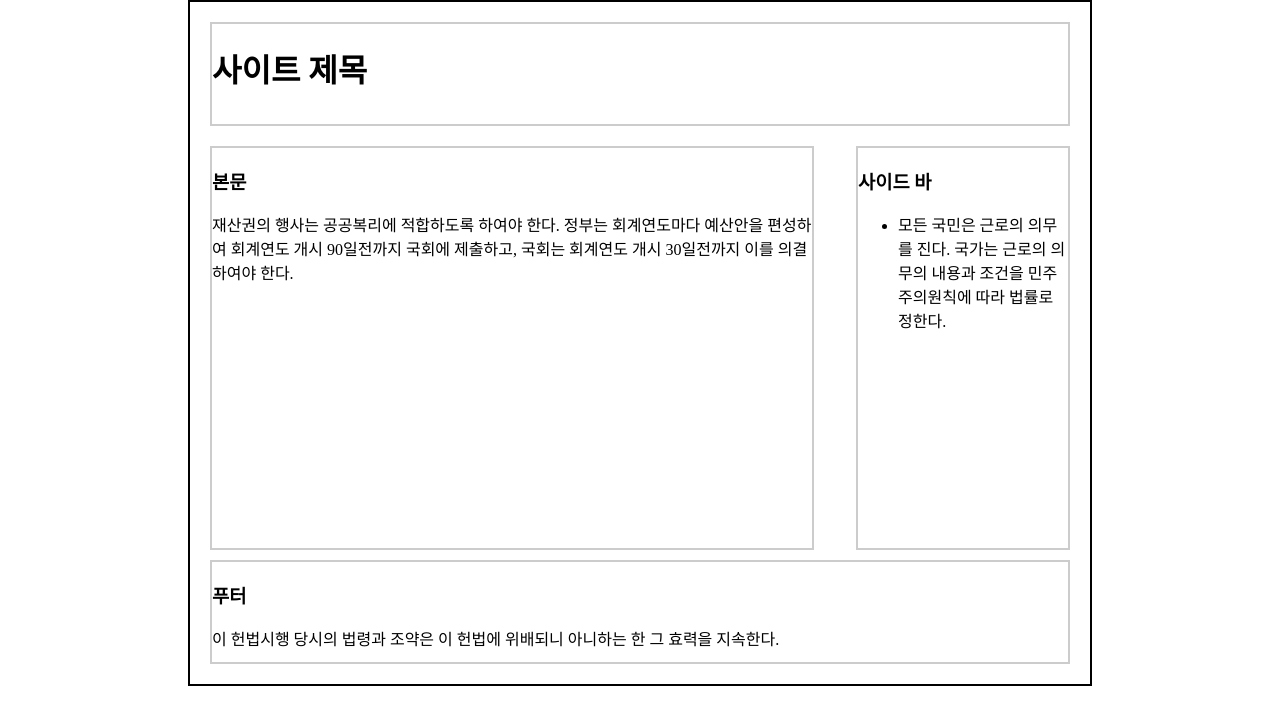
Repository: b1996om/HTML-CSS_study
Page: Practice/public/prac_07.html
An editor plug-in stored every save of this project. The page is shown before and after the next save, followed by the edit.
The browser window is 1280 px wide. The pictures show the whole page.

Above is the page before, as saved 2022-12-13 05:14:19.

After the next save:
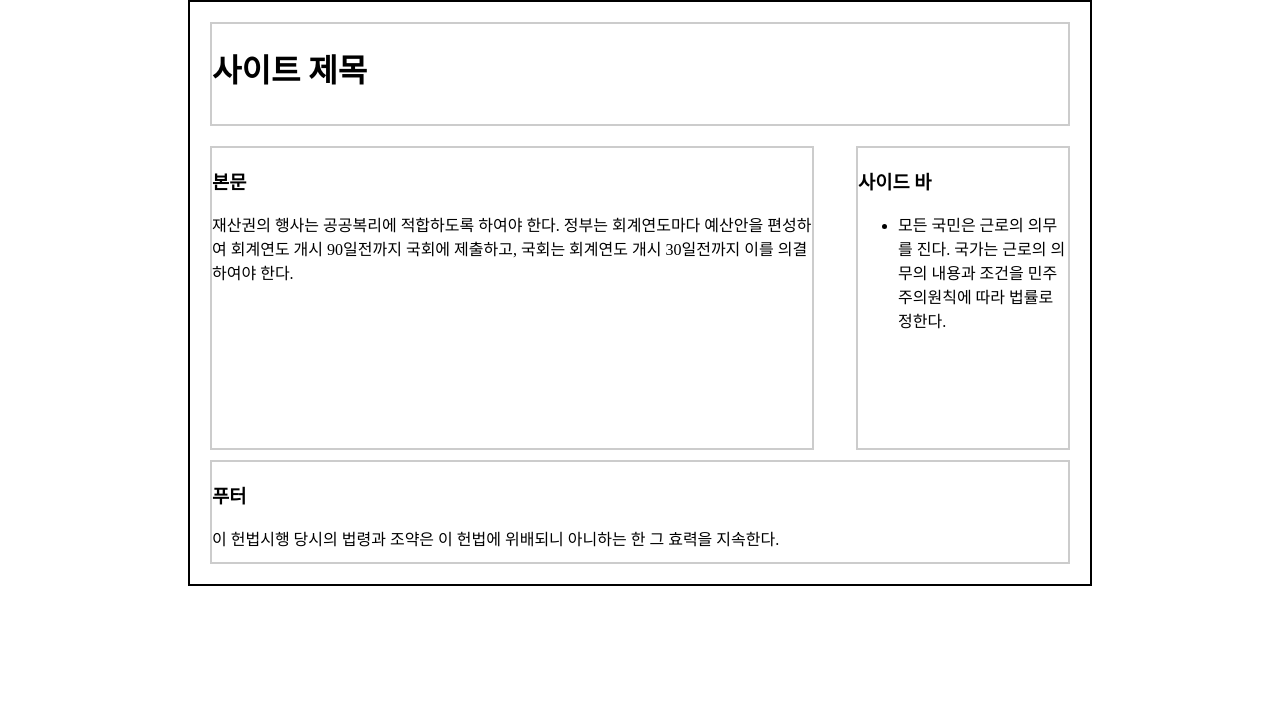
Saved 19 s later.
--- a/Practice/public/prac_07.html
+++ b/Practice/public/prac_07.html
@@ -22,14 +22,14 @@
 		.aside {
 			border:2px solid #ccc;
 			width:210px;
-			height:400px;
+			height:300px;
 			float:right;
 			margin:10px 20px 10px 10px;
 		}
 		.content {
 			border:2px solid #ccc;
 			width:600px;
-			height:400px;
+			height:300px;
 			float:left;
 			margin:10px 10px 10px 20px;
 		}
